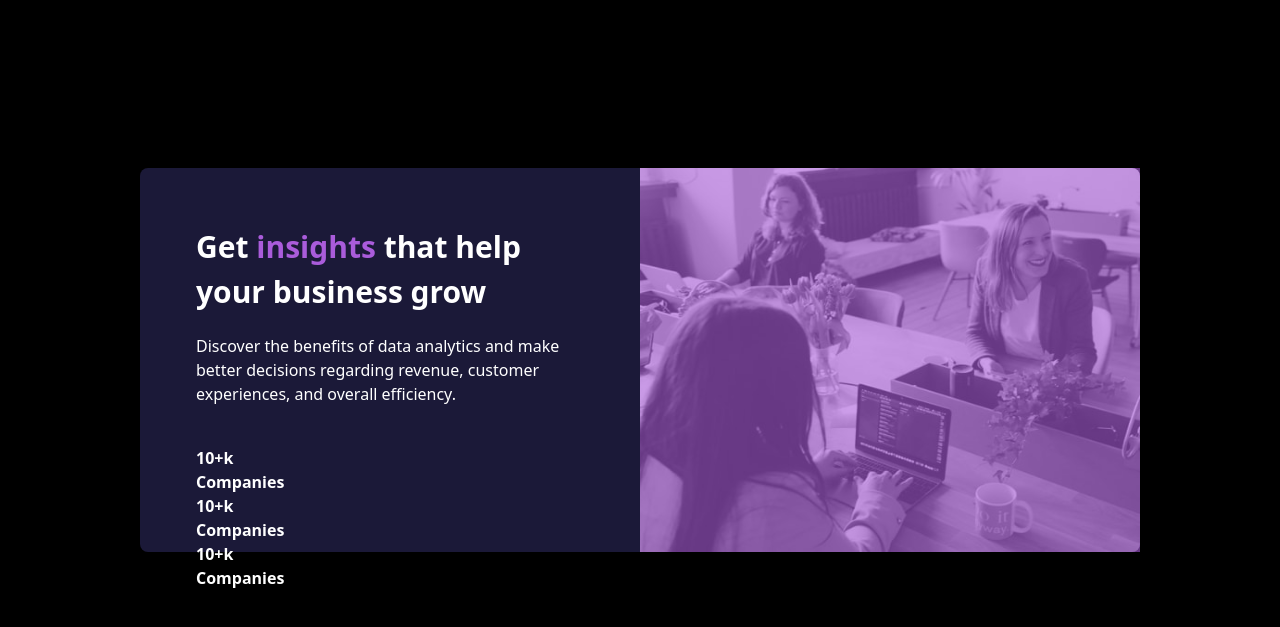
Repository: BerlinWebDev/FrontendMaster_PreviewMentor
Page: /
These files come from the project's save history. The page is drawn as it stood at one moment and after a run of saves; the edit follows.
The browser window is 1280 px wide. The pictures show the whole page.
The project was rebuilt for these pictures with package versions that can differ from the ones it lists, and the page was loaded fresh each time.

Above is the page before, as saved 2023-11-11 19:28:56.

### src/App.js
import Image from "./assets/image-header-desktop.jpg";

function App() {
  return (
    <>
      <header>
        <title>Challenge</title>
        <meta name="description" content="Challenge" />
        <link rel="icon" href="/favicon.ico" />
      </header>
      <main className="flex min-h-screen flex-col items-center justify-center bg-black">
        <div className="flex h-96 w-[1000px] rounded-lg bg-[#1b1938]">
          <aside className="w-1/2  rounded-l-lg">
            <div className="p-14">
              <div className="text-[30px] text-white font-bold">
                Get <span className="text-[#aa5cdb]">insights</span> that help
                <br />
                your business grow
              </div>
              <div className="mt-5">
                <p className="text-white">
                  Discover the benefits of data analytics and make better
                  decisions regarding revenue, customer experiences, and overall
                  efficiency.
                </p>
              </div>
              <div className="mt-10">
                <div className="text-white font-bold">
                  <div className="">10+k</div>
                  <div className="">Companies</div>
                </div>
                <div className="text-white font-bold">
                  <div className="">10+k</div>
                  <div className="">Companies</div>
                </div>
                <div className="text-white font-bold">
                  <div className="">10+k</div>
                  <div className="">Companies</div>
                </div>
              </div>
            </div>
          </aside>
          <aside className="w-1/2  rounded-lg relative">
            <div className="absolute inset-0 bg-[#aa5cdb] opacity-60"></div>
            <img
              className=" h-full w-full rounded-r-lg"
              src={Image}
              alt="Header-Desktop"
            />
          </aside>
        </div>
      </main>
    </>
  );
}

export default App;

Loaded but not shown: public/index.html (common file); src/index.js (common file); src/index.css (common file); tailwind.config.js (common file)

After the next 3 saves:
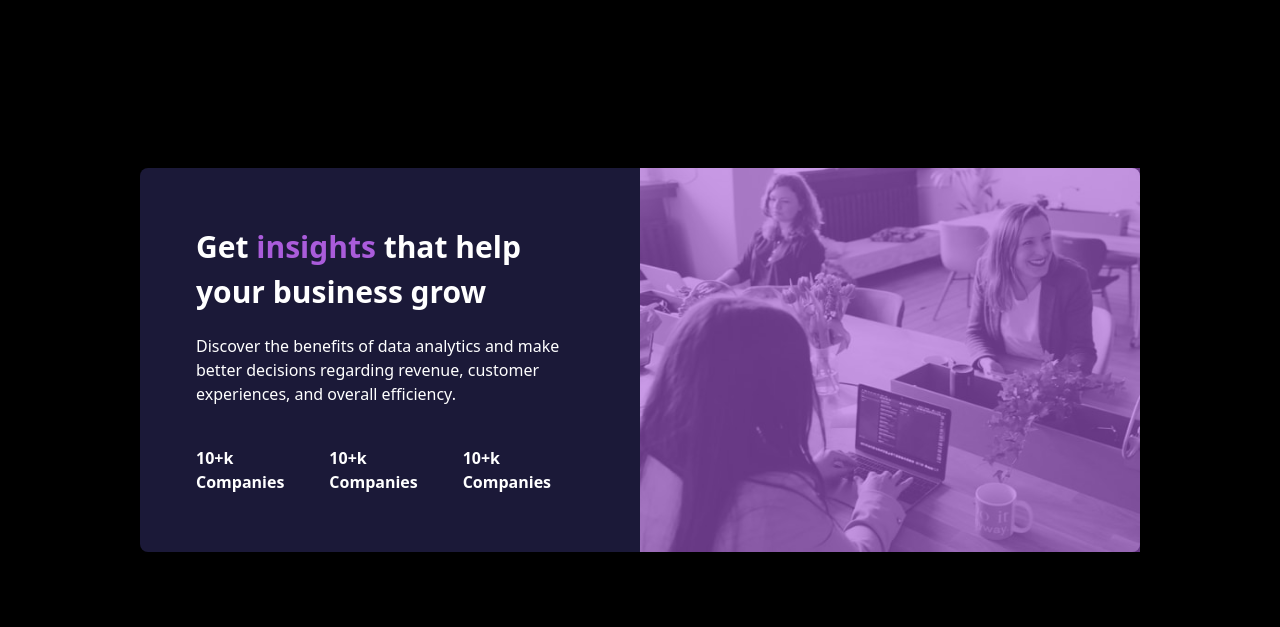
The 3 saves are shown as one change because they came seconds apart.
The last was saved 49 s later.
--- a/src/App.js
+++ b/src/App.js
@@ -24,7 +24,7 @@ function App() {
                   efficiency.
                 </p>
               </div>
-              <div className="mt-10">
+              <div className="mt-10 grid grid-cols-3 gap-3">
                 <div className="text-white font-bold">
                   <div className="">10+k</div>
                   <div className="">Companies</div>
